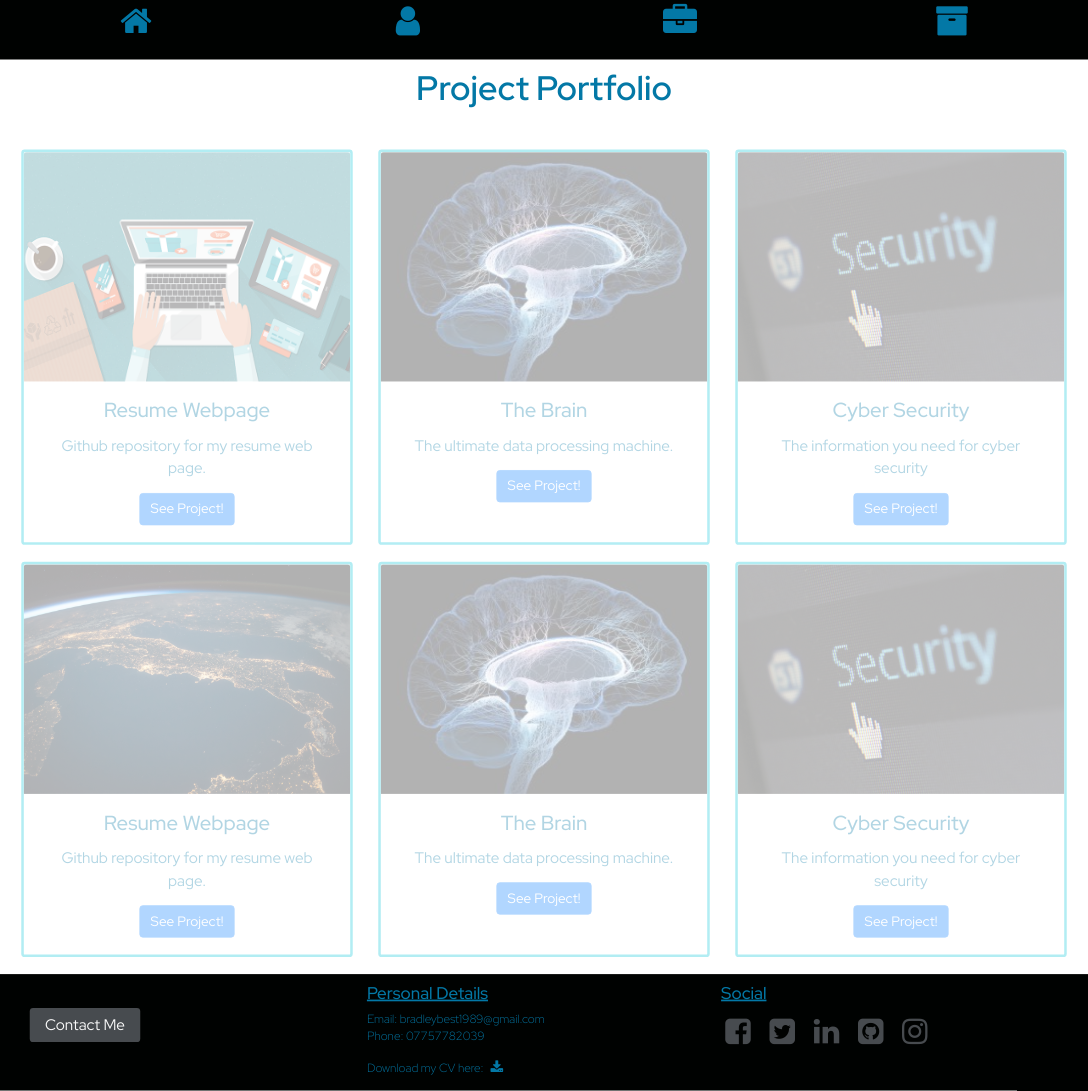
Repository: Brad000/Resume-project
Page: projects.html
The author's editor kept a record of every edit. The page is drawn from the files as they stood at one moment, then again after the next edit.
The browser window is 1280 px wide. The pictures show the whole page, at 85% of full size.

Above is the page before.

After the next edit:
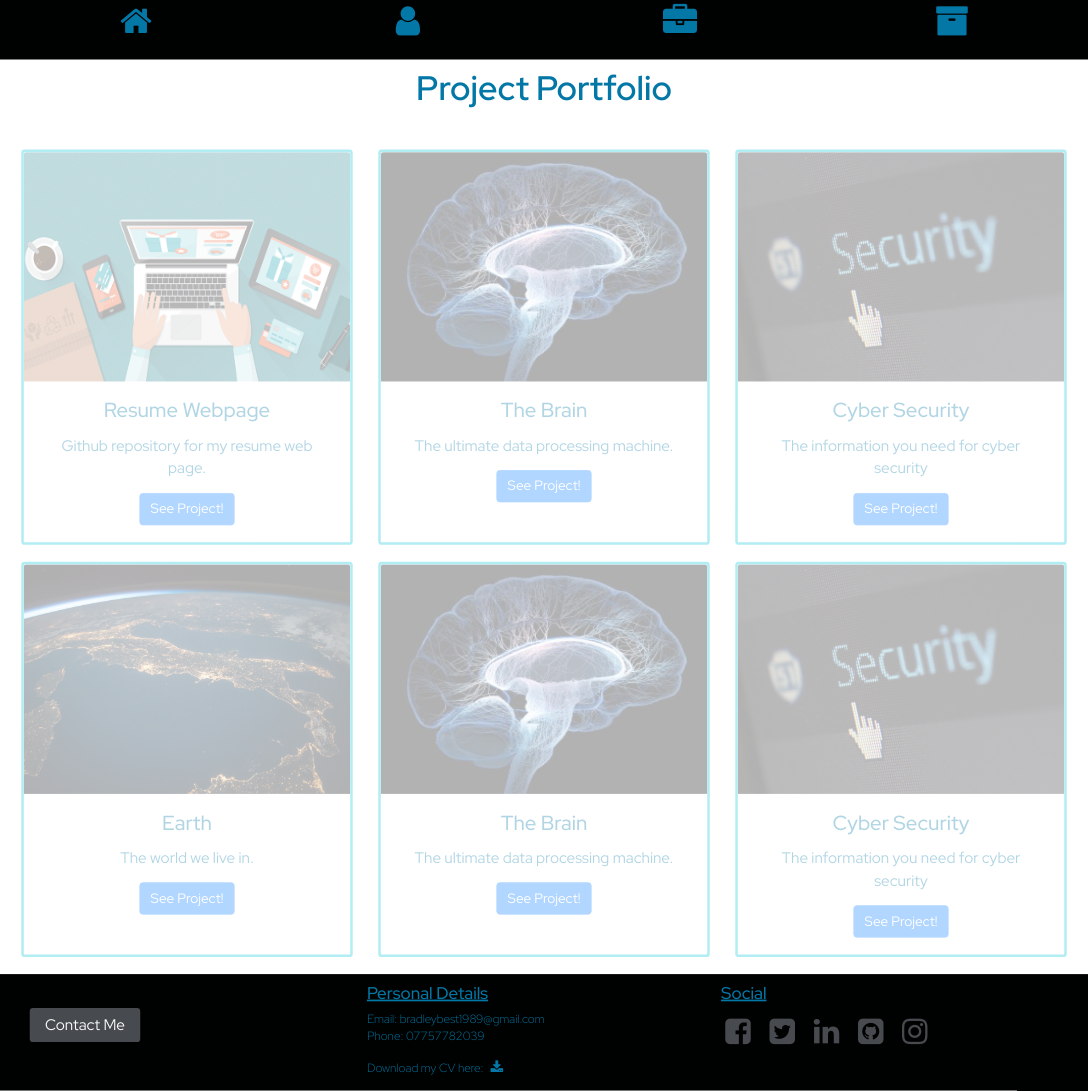
The edit:
--- a/projects.html
+++ b/projects.html
@@ -80,8 +80,8 @@
         <div class="card text-center">
             <img src="assets/image/earth.jpg" class="card-img-top" alt="Picture of Planet Earth">
             <div class="card-body">
-                <h5 class="card-title">Resume Webpage</h5>
-                <p class="card-text">Github repository for my resume web page.</p>
+                <h5 class="card-title">Earth</h5>
+                <p class="card-text">The world we live in.</p>
                 <a href="#" class="btn btn-primary">See Project!</a>
             </div>
         </div>
